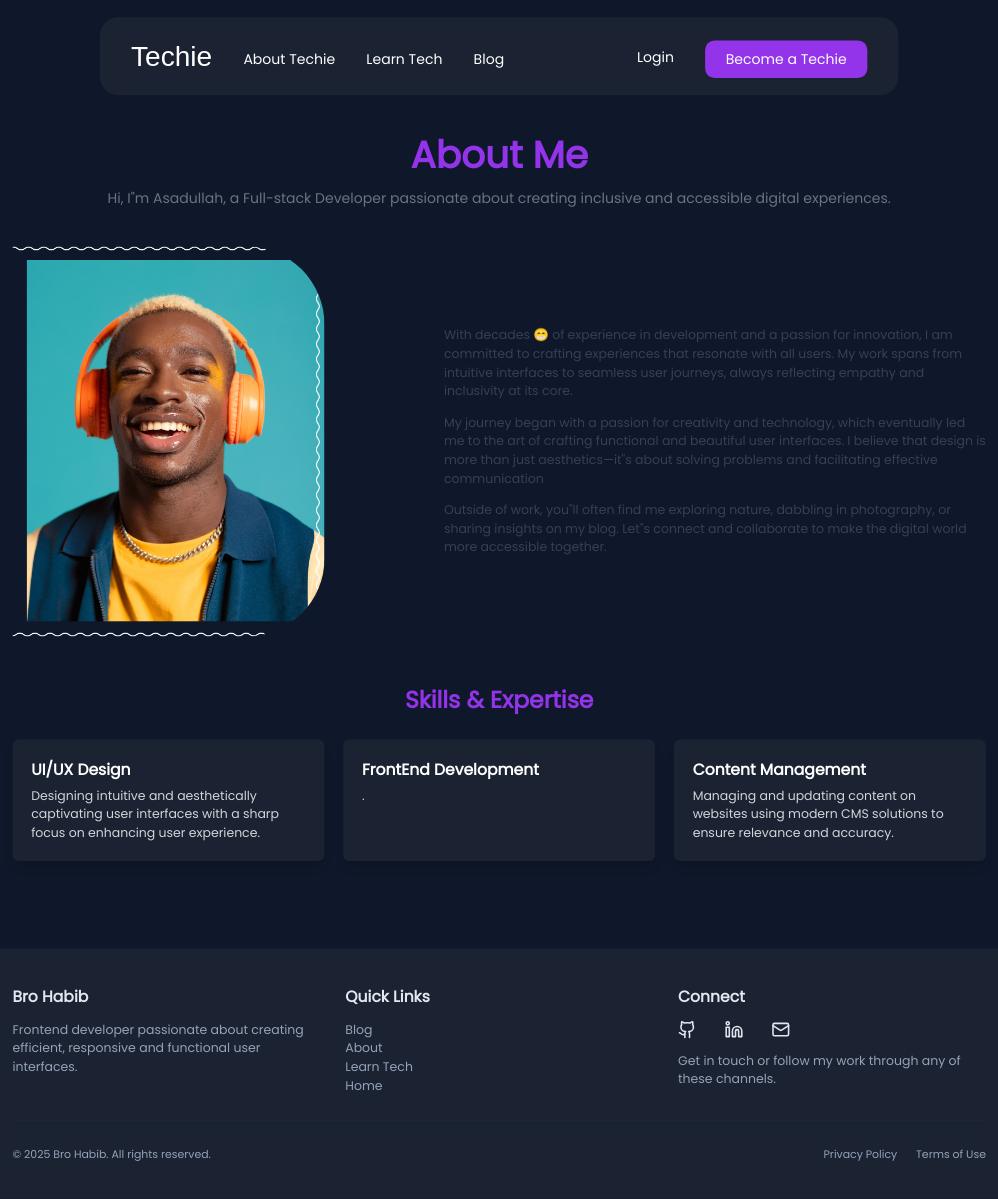
Repository: asadullah48/data-fetch
Page: /about
The author's editor kept a copy of each file at every save. The page is drawn from the files as they stood at one save, then again after the next save.
The browser window is 1280 px wide. The pictures show the whole page, at 78% of full size.
Some web fonts or font styles are not loaded; a fallback is used. The project was rebuilt for these pictures with package versions that can differ from the ones it lists, and the page was loaded fresh each time. The framework's server and built-in components were replaced by stand-ins that run in the browser. Also part of the build but not shown: next.config.mjs.

Above is the page before, as saved 2025-01-15 12:40:42.

### src/app/layout.tsx
import type { Metadata } from "next";
import localFont from "next/font/local";
import "./globals.css";
import Navbar from "@/components/Navbar";
import { Poppins } from "next/font/google"
import Footer from "@/components/Footer";


const poppins = Poppins({
  subsets: ['latin'],
  weight: '400'
})

const geistSans = localFont({
  src: "./fonts/GeistVF.woff",
  variable: "--font-geist-sans",
  weight: "100 900",
});
const geistMono = localFont({
  src: "./fonts/GeistMonoVF.woff",
  variable: "--font-geist-mono",
  weight: "100 900",
});

export const metadata: Metadata = {
  title: "Data Fetching",
  description: "Data Fetching in a CSR and SSR",
};

export default function RootLayout({
  children,
}: Readonly<{
  children: React.ReactNode;
}>) {
  return (
    <html lang="en">
      <body
        className={`${geistSans.variable} ${geistMono.variable} ${poppins.className} bg-[#0f172a] text-white antialiased overflow-x-hidden`}
      >
        <Navbar />
        {children}
        <Footer/>
      </body>
    </html>
  );
}

### src/app/about/page.tsx
'use client';

import Image from "next/image";

export default function About() {
    return (
        <div className="container mx-auto px-4 py-8">
            <div className="text-center mb-12">
                <h1 className="text-5xl font-bold text-[#9333EA]">About Me</h1>
                <p className="text-lg text-gray-500 mt-4">
                    Hi, I&quot;m Asadullah, a Full-stack Developer passionate about creating inclusive and accessible digital experiences.
                </p>
            </div>

            <div className="flex flex-col sm:flex-row gap-8 juctify-center items-center">
                {/* Profile Image */}
                <div className="relative w-screen align-middle md:w-1/2 h-[500px] overflow-hidden">
                    <div className="w-screen align-middle rounded-[0_50px_0_50px]  overflow-hidden ">
                        {/* Using placeholder API for demo - replace src with your actual image URL */}
                        <Image
                            src="/images/myImg.jpeg"
                            width={1000}
                            height={1000}
                            alt="Professional portrait"
                            className="w-[400px] h-[500px] object-cover md:rounded-[0_100px_100px_0] absolute left-0"
                        />
                    </div>
                </div>

                {/* Description */}
                <div className="w-full md:w-2/3 text-center md:text-left">
                    <p className="text-gray-700 mb-4">
                        With decades 😁 of experience in development and a passion for innovation, I am committed to crafting experiences
                        that resonate with all users. My work spans from intuitive interfaces to seamless user journeys,
                        always reflecting empathy and inclusivity at its core.
                    </p>
                    <p className="text-gray-700 mb-4">
                    My journey began with a passion for creativity and technology, which eventually led me to the art of crafting functional and beautiful
                     user interfaces. I believe that design is more than just aesthetics—it&quot;s about solving problems and facilitating effective communication
                    </p>
                    <p className="text-gray-700">
                    Outside of work, you&quot;ll often find me exploring nature, dabbling in photography, or sharing insights on my blog.
                    Let&quot;s connect and collaborate to make the digital world more accessible together.

                    </p>
                </div>
            </div>

            {/* Skills Section */}
            <div className="mt-16">
                <h2 className="text-3xl font-bold text-[#9333EA] text-center mb-8">Skills & Expertise</h2>

                <div className="grid grid-cols-1 md:grid-cols-3 gap-6">

                    <div className="bg-[#1b2232] text-white rounded-lg shadow-lg p-6">
                        <h3 className="text-xl font-semibold mb-2">UI/UX Design</h3>
                        <p className="text-gray-300">
                        Designing intuitive and aesthetically captivating user interfaces with a sharp focus on enhancing user experience.
                        </p>
                    </div>
                    <div className="bg-[#1b2232] text-white rounded-lg shadow-lg p-6">
                        <h3 className="text-xl font-semibold mb-2">FrontEnd Development</h3>
                        <p className="text-gray-300">
                            .
                        </p>
                    </div>

                    <div className="bg-[#1b2232] text-white rounded-lg shadow-lg p-6">
                        <h3 className="text-xl font-semibold mb-2">Content Management</h3>
                        <p className="text-gray-300">
                            Managing and updating content on websites using modern CMS solutions to ensure relevance and accuracy.
                        </p>
                    </div>
                </div>
            </div>
        </div>
    );
}

### src/app/globals.css
@tailwind base;
@tailwind components;
@tailwind utilities;

body {
  font-family: Arial, Helvetica, sans-serif;
}

@layer utilities {
  .text-balance {
    text-wrap: balance;
  }
}

@layer base {
  :root {
    --background: 0 0% 100%;
    --foreground: 20 14.3% 4.1%;
    --card: 0 0% 100%;
    --card-foreground: 20 14.3% 4.1%;
    --popover: 0 0% 100%;
    --popover-foreground: 20 14.3% 4.1%;
    --primary: 24 9.8% 10%;
    --primary-foreground: 60 9.1% 97.8%;
    --secondary: 60 4.8% 95.9%;
    --secondary-foreground: 24 9.8% 10%;
    --muted: 60 4.8% 95.9%;
    --muted-foreground: 25 5.3% 44.7%;
    --accent: 60 4.8% 95.9%;
    --accent-foreground: 24 9.8% 10%;
    --destructive: 0 84.2% 60.2%;
    --destructive-foreground: 60 9.1% 97.8%;
    --border: 20 5.9% 90%;
    --input: 20 5.9% 90%;
    --ring: 20 14.3% 4.1%;
    --chart-1: 12 76% 61%;
    --chart-2: 173 58% 39%;
    --chart-3: 197 37% 24%;
    --chart-4: 43 74% 66%;
    --chart-5: 27 87% 67%;
    --radius: 0.5rem;
  }
  .dark {
    --background: 20 14.3% 4.1%;
    --foreground: 60 9.1% 97.8%;
    --card: 20 14.3% 4.1%;
    --card-foreground: 60 9.1% 97.8%;
    --popover: 20 14.3% 4.1%;
    --popover-foreground: 60 9.1% 97.8%;
    --primary: 60 9.1% 97.8%;
    --primary-foreground: 24 9.8% 10%;
    --secondary: 12 6.5% 15.1%;
    --secondary-foreground: 60 9.1% 97.8%;
    --muted: 12 6.5% 15.1%;
    --muted-foreground: 24 5.4% 63.9%;
    --accent: 12 6.5% 15.1%;
    --accent-foreground: 60 9.1% 97.8%;
    --destructive: 0 62.8% 30.6%;
    --destructive-foreground: 60 9.1% 97.8%;
    --border: 12 6.5% 15.1%;
    --input: 12 6.5% 15.1%;
    --ring: 24 5.7% 82.9%;
    --chart-1: 220 70% 50%;
    --chart-2: 160 60% 45%;
    --chart-3: 30 80% 55%;
    --chart-4: 280 65% 60%;
    --chart-5: 340 75% 55%;
  }
}

@layer base {
  * {
    @apply border-border;
  }
  body {
    @apply bg-background text-foreground;
  }
}

### src/components/Navbar.tsx
"use client"
import { useState } from 'react';
import { Agbalumo } from "next/font/google"
import Link from "next/link"

const agbalumo = Agbalumo({
    subsets: ['latin'],
    weight: '400'
})


export default function Navbar() {
    const [isMenuOpen, setIsMenuOpen] = useState(false);

    const toggleMenu = () => setIsMenuOpen(!isMenuOpen);

    return (
        <div className="h-[144px] w-screen flex justify-center items-center">
            <div className="h-[100px] w-full relative md:w-[80%] md:rounded-3xl bg-[#1b2232] text-white flex justify-between items-center px-10">
                {/* Logo and Links */}
                <div className="flex justify-center items-center gap-10">
                <Link href={"/"}>
                    <h1 className={`${agbalumo.className} text-4xl`}>Techie</h1>
                </Link>

                    <div className="hidden lg:flex gap-10">
                        <Link href={"/about"} className="text-lg mt-2">About Techie</Link>
                        <Link href={"/learnTech"} className="text-lg mt-2">Learn Tech</Link>
                        <Link href={"/blog"} className="text-lg mt-2">Blog</Link>
                    </div>
                </div>

                {/* Navbar Buttons */}
                <div className="hidden md:flex gap-10">
                    <Link href={"/login"} className="text-lg mt-4">Login</Link>
                    <Link href={"/signup"} className="text-lg mt-2 h-12 bg-PrimaryPurple flex justify-center items-center w-52 rounded-xl">Become a Techie</Link>
                </div>

                {/* Hamburger Menu for Mobile */}
                <div className="lg:hidden flex items-center gap-4">
                    {/* <h1 className="font-bold text-4xl">Techie</h1> */}
                    <button onClick={toggleMenu} className="text-white text-2xl">
                        {/* Hamburger Icon */}
                        {isMenuOpen ? 'X' : '☰'}
                    </button>
                </div>
            </div>

            {/* Dropdown Menu for Mobile */}
            {isMenuOpen && (
                <div className='z-50 h-screen fixed top-1/4 w-full flex justify-center items-center bg-[#1b2232]/70 backdrop-blur-md '>
                <div className=" lg:hidden  text-white  text-center py-4 flex flex-col justify-center items-start gap-5">
                    <Link href={"/about"} onClick={()=> setIsMenuOpen(false)} className="block text-lg mt-2">About Techie</Link>
                    <Link href={"/learnTech"} onClick={()=> setIsMenuOpen(false)} className="block text-lg mt-2">Learn Tech</Link>
                    <Link href={"/blog"} onClick={()=> setIsMenuOpen(false)} className="block text-lg mt-2">Blog</Link>
                    <Link href={"/login"} onClick={()=> setIsMenuOpen(false)} className="block text-lg mt-2">Login</Link>
                    <Link href={"/signup"} onClick={()=> setIsMenuOpen(false)} className=" text-lg mt-2 h-12 bg-PrimaryPurple flex justify-start pl-2 items-center w-52 rounded-xl">Become a Techie</Link>
                </div>
                </div>
            )}
        </div>
    )
}

### src/components/Footer.tsx
import React from 'react'
import { Github,  Linkedin, Mail } from 'lucide-react';
import Link from 'next/link';
export default function Footer() {
  const currentYear = new Date().getFullYear();

  return (
    <div className="bg-[#1b2232] mt-20 text-slate-200 py-12 ">
      <div className="container mx-auto px-4">
        {/* Main Footer Content */}
        <div className="grid grid-cols-1 md:grid-cols-3 gap-8 mb-8">
          {/* About Section */}
          <div>
            <h3 className="text-xl font-semibold mb-4">Bro Habib</h3>
            <p className="text-slate-400 mb-4">
              Frontend developer passionate about creating efficient, responsive and functional user interfaces.
            </p>
          </div>

          {/* Quick Links */}
          <div>
            <h3 className="text-xl font-semibold mb-4">Quick Links</h3>
            <ul className="space-y-2 text-slate-400">
              <Link href="/blog" className="hover:text-slate-200 transition-colors"><li>Blog</li>
              </Link>
              <Link href="/about" className="hover:text-slate-200 transition-colors"><li>About</li>
              </Link>
              <Link href="/learnTech" className="hover:text-slate-200 transition-colors"><li>Learn Tech</li>
              </Link>
              <Link href="/" className="hover:text-slate-200 transition-colors"><li>Home</li>
              </Link>
            </ul>
          </div>

          {/* Connect Section */}
          <div>
            <h3 className="text-xl font-semibold mb-4">Connect</h3>
            <div className="flex space-x-4 mb-4 gap-5">
              <Link href="https://github.com/Habib-bhai" className="hover:text-slate-200 transition-colors">
                <Github size={24} />
              </Link>

              <Link href="https://www.linkedin.com/in/habib007ab92282/" className="hover:text-slate-200 transition-colors">
                <Linkedin size={24} />
              </Link>

              <Link href="mailto:habibahmed918131@gmail.com" className="hover:text-slate-200 transition-colors">
                <Mail size={24} />
              </Link>

            </div>
            <p className="text-slate-400">
              Get in touch or follow my work through any of these channels.
            </p>
          </div>
        </div>

        {/* Bottom Bar */}
        <div className="pt-8 border-t border-slate-800">
          <div className="flex flex-col md:flex-row justify-between items-center space-y-4 md:space-y-0">
            <p className="text-slate-400 text-sm">
              © {currentYear} Bro Habib. All rights reserved.
            </p>
            <div className="flex space-x-6 text-sm text-slate-400">
              <a href="/privacy" className="hover:text-slate-200 transition-colors">Privacy Policy</a>
              <a href="/terms" className="hover:text-slate-200 transition-colors">Terms of Use</a>
            </div>
          </div>
        </div>
      </div>
    </div>
  )
}

### tailwind.config.ts
import type { Config } from "tailwindcss";

const config: Config = {
	darkMode: ["class"],
	content: [
		"./src/pages/**/*.{js,ts,jsx,tsx,mdx}",
		"./src/components/**/*.{js,ts,jsx,tsx,mdx}",
		"./src/app/**/*.{js,ts,jsx,tsx,mdx}",
	],
	theme: {
		extend: {

			animation: {
				'spin-slow': 'spin 3s linear infinite',
				orbit: 'orbit 1.5s linear infinite',
				// dash: 'dash 2s ease-in-out infinite',
				float: 'float 6s ease-in-out infinite',
				wave: 'wave 8s linear infinite',
				bounce: 'bounce 2s infinite',
			},
			keyframes: {
				orbit: {
					'0%': { transform: 'rotate(0deg) translateX(30px) rotate(0deg)' },
					'100%': { transform: 'rotate(360deg) translateX(30px) rotate(-360deg)' },
				},
				dash: {
					'0%': { strokeDashoffset: '880px' },
					'100%': { strokeDashoffset: '0px' },
				},
				float: {
					'0%, 100%': { transform: 'translateY(-10px)' },
					'50%': { transform: 'translateY(10px)' },
				  },
				  wave: {
					'0%': { transform: 'translateX(100%)' },
					'100%': { transform: 'translateX(-100%)' },
				  },
			},
			colors: {
				background: 'hsl(var(--background))',
				PrimaryPurple: '#9333EA',
				foreground: 'hsl(var(--foreground))',
				card: {
					DEFAULT: 'hsl(var(--card))',
					foreground: 'hsl(var(--card-foreground))'
				},
				popover: {
					DEFAULT: 'hsl(var(--popover))',
					foreground: 'hsl(var(--popover-foreground))'
				},
				primary: {
					DEFAULT: 'hsl(var(--primary))',
					foreground: 'hsl(var(--primary-foreground))'
				},
				secondary: {
					DEFAULT: 'hsl(var(--secondary))',
					foreground: 'hsl(var(--secondary-foreground))'
				},
				muted: {
					DEFAULT: 'hsl(var(--muted))',
					foreground: 'hsl(var(--muted-foreground))'
				},
				accent: {
					DEFAULT: 'hsl(var(--accent))',
					foreground: 'hsl(var(--accent-foreground))'
				},
				destructive: {
					DEFAULT: 'hsl(var(--destructive))',
					foreground: 'hsl(var(--destructive-foreground))'
				},
				border: 'hsl(var(--border))',
				input: 'hsl(var(--input))',
				ring: 'hsl(var(--ring))',
				chart: {
					'1': 'hsl(var(--chart-1))',
					'2': 'hsl(var(--chart-2))',
					'3': 'hsl(var(--chart-3))',
					'4': 'hsl(var(--chart-4))',
					'5': 'hsl(var(--chart-5))'
				}
			},
			borderRadius: {
				lg: 'var(--radius)',
				md: 'calc(var(--radius) - 2px)',
				sm: 'calc(var(--radius) - 4px)'
			}
		}
	},
	plugins: [require("tailwindcss-animate")],
};
export default config;

After the next save:
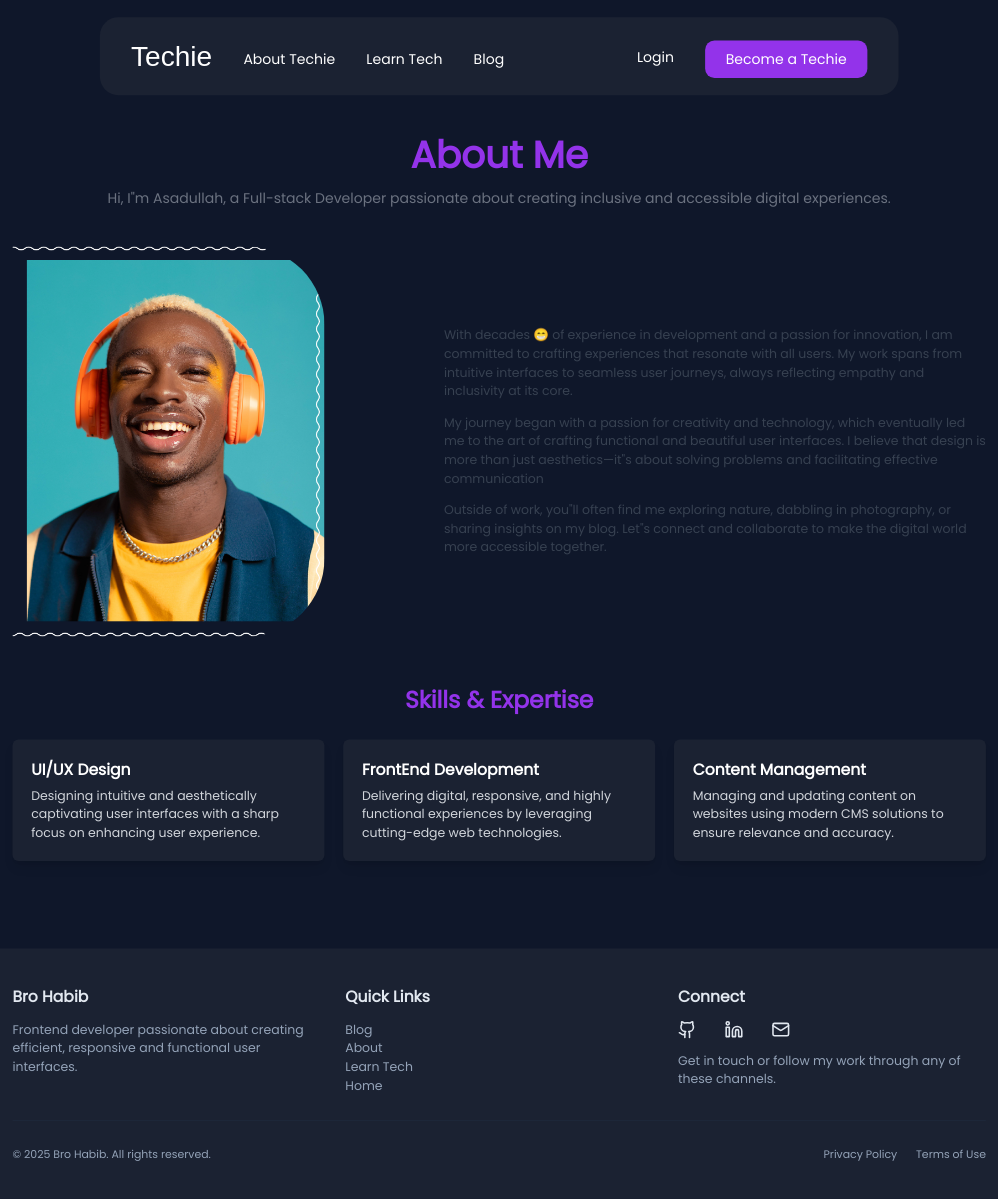
Saved 33 s later.
--- a/src/app/about/page.tsx
+++ b/src/app/about/page.tsx
@@ -61,7 +61,7 @@ export default function About() {
                     <div className="bg-[#1b2232] text-white rounded-lg shadow-lg p-6">
                         <h3 className="text-xl font-semibold mb-2">FrontEnd Development</h3>
                         <p className="text-gray-300">
-                            .
+                        Delivering digital, responsive, and highly functional experiences by leveraging cutting-edge web technologies.
                         </p>
                     </div>
 
